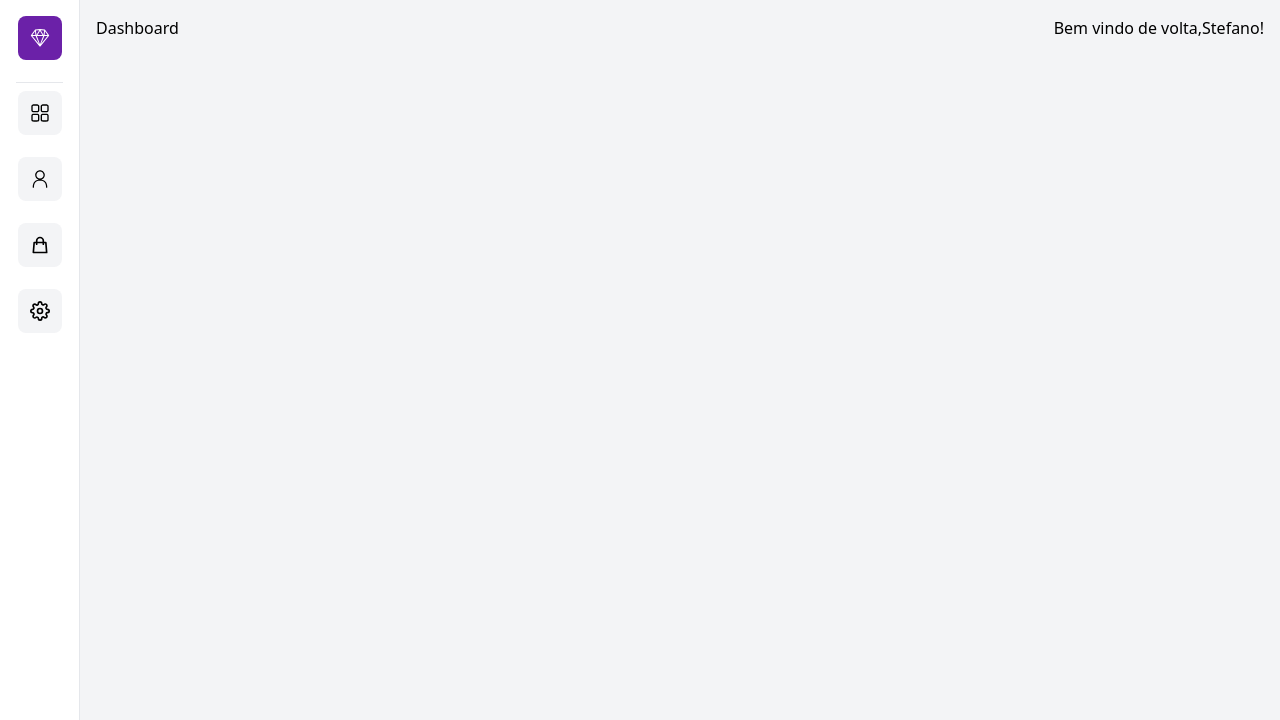
Repository: stefanosousaa/dashboard-next13
Page: /
The author's editor kept a copy of each file at every save. The page is drawn from the files as they stood at one save, then again after the next save.
The browser window is 1280 px wide. The pictures show the whole page.
The project was rebuilt for these pictures with package versions that can differ from the ones it lists, and the page was loaded fresh each time. The framework's server and built-in components were replaced by stand-ins that run in the browser. Also part of the build but not shown: next.config.js.

Above is the page before, as saved 2023-05-11 23:04:41.

After the next save:
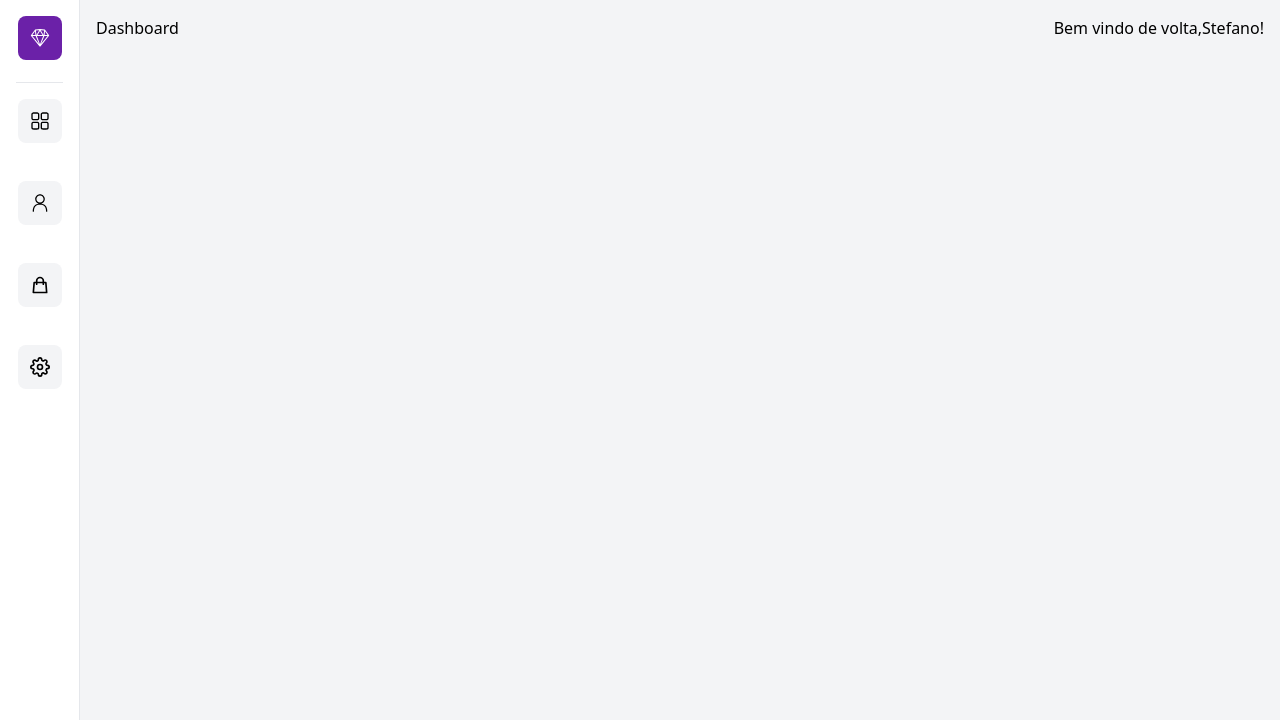
Saved 76 s later.
--- a/components/Sidebar.jsx
+++ b/components/Sidebar.jsx
@@ -18,22 +18,22 @@ const Sidebar = ({children}) => {
           </Link>
           <span className='border-b-[1px] border-gray-200 w-full p-2'></span>
           <Link href='/'>
-            <div className='bg-gray-100 hover:bg-gray-200 cursor-pointer my-2 p-3 rounded-lg inline-block'>
+            <div className='bg-gray-100 hover:bg-gray-200 cursor-pointer my-4 p-3 rounded-lg inline-block'>
               <RxDashboard size={20}/>
             </div>
           </Link>
           <Link href='/costumerd'>
-            <div className='bg-gray-100 hover:bg-gray-200 cursor-pointer my-2 p-3 rounded-lg inline-block'>
+            <div className='bg-gray-100 hover:bg-gray-200 cursor-pointer my-4 p-3 rounded-lg inline-block'>
               <RxPerson size={20}/>
             </div>
           </Link>
           <Link href='/orders'>
-            <div className='bg-gray-100 hover:bg-gray-200 cursor-pointer my-2 p-3 rounded-lg inline-block'>
+            <div className='bg-gray-100 hover:bg-gray-200 cursor-pointer my-4 p-3 rounded-lg inline-block'>
               <HiOutlineShoppingBag size={20}/>
             </div>
           </Link>
           <Link href='/'>
-            <div className='bg-gray-100 hover:bg-gray-200 cursor-pointer my-2 p-3 rounded-lg inline-block'>
+            <div className='bg-gray-100 hover:bg-gray-200 cursor-pointer my-4 p-3 rounded-lg inline-block'>
               <FiSettings size={20}/>
             </div>
           </Link>
